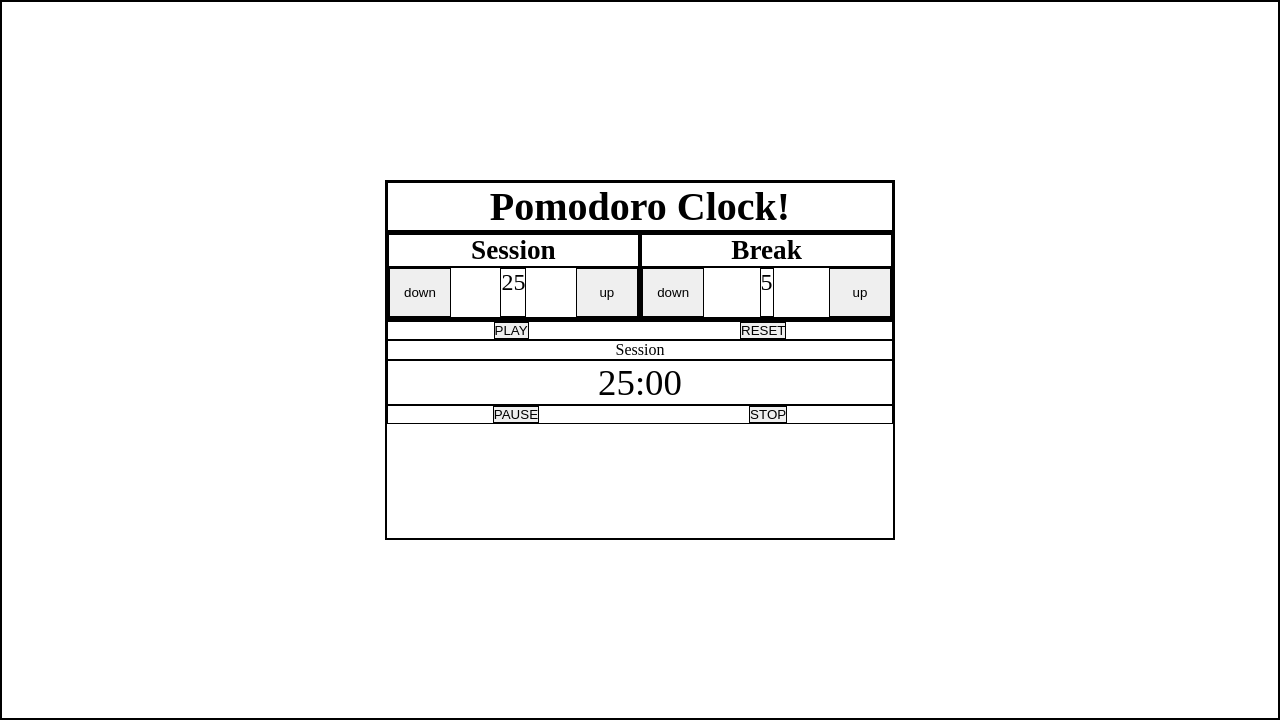
Repository: mcostigliola/pomodoroTimer
Page: index.html
These files come from the project's save history. The page is drawn as it stood at one moment and after the next save; the edit follows.
The browser window is 1280 px wide. The pictures show the whole page.

Above is the page before, as saved 2020-06-07 11:34:06.

### index.html
<!DOCTYPE html>
<html>
<head>
  <meta charset='utf-8'>
  <meta http-equiv='X-UA-Compatible' content='IE=edge'>
  <title>Page Title</title>
  <meta name='viewport' content='width=device-width, initial-scale=1'>
  <link rel='stylesheet' type='text/css' media='screen' href='main.css'>
</head>
<body>
  <div id="main-container">
    <div id="title-watch">
      <p>Pomodoro Clock!</p>
    </div>

    <div id="session-container">
      <div class="timer-configurator">
        <h3 class="cnfg-name">Session</h3>
        <div class="cnfg-controller">
          <button id="session-down" class="arrow-btn arrow-down">
            down
          </button>
          <div id="session-minute" class="config-minute"></div>
          <button id="session-up" class="arrow-btn arrow-up">
            up
          </button>
        </div>
      </div>
      <div class="timer-configurator">
        <h3 class="cnfg-name">Break</h3>
        <div class="cnfg-controller">
          <button id="break-down" class="arrow-btn arrow-down">
            down
          </button>
          <div id="break-minute" class="config-minute"></div>
          <button id="break-up" class="arrow-btn arrow-up">
            up
          </button>
        </div>
      </div>
    </div>

    <div id="timer-container">
       <div class="btn-container">
         <button id="btn-play">PLAY</button>
         <button id="btn-reset">RESET</button>
       </div>

       <p id="status">Session</p>
       <p id="timer">25:00</p>
       <div class="btn-container">
         <button id="btn-pause">PAUSE</button>
         <button id="btn-stop">STOP</button>
       </div>

    </div>
  </div>

  <script src='main.js'></script>
</body>
</html>

### main.css
*{
    border: 1px solid black;
    box-sizing: border-box;
    margin:0;
    padding:0;
}

html{
    height: 100%;
}

body{
    display: flex;
    flex-flow: column;
    height: 100%;
}

button{

}

#main-container{
    display: flex;
    flex-flow: column;
    height: 50vh;
    justify-content: space-between;
    margin: auto;
    width: 40%;
}

#session-container{
    display: flex;
    height: 30%;
}

#timer{
    font-size: 2.3rem;
}

#timer-container{
    height: 75%;
}

#timer-container p{
    display:flex;
    flex-flow: column;
    text-align: center;
}

#title-watch{
    align-items: center;
    display: flex;
    height: 15%;
    text-align: center;
}

#title-watch p{
    flex-grow: 1;
    font-size: 40px;
    font-weight: bold;
}

.arrow-btn{
    width: 25%;
}

.btn-container{
    display: flex;
    justify-content: space-around;
}

.cnfg-controller{
    display: flex;
    flex-grow: 1;
    justify-content: space-between;
}

.cnfg-name{
    font-size: 1.7rem;
}

.config-minute{
    font-size: 1.5rem;
}


.timer-configurator{
    display: flex;
    flex-flow: column;
    width: 50%;
}

.timer-configurator h3{
    text-align: center;
}

### main.js
const MAX_CNFG_VALUE = 99;
const DEFMINUTES = 25;
const DEFBREAK = 5;
let configSessionMinutes = DEFMINUTES;
let configBreakMinutes = DEFBREAK;
let timerMinutes = configSessionMinutes;
let timerSeconds = 0;
let intervalId;
let isPaused = true;
let isOnBreak = false;
let sessionP = document.getElementById('status');
document.getElementById('session-minute').innerText = configSessionMinutes.toString();
document.getElementById('break-minute').innerText = configBreakMinutes.toString();

let arrowBtns = Array.from(document.querySelectorAll('.arrow-btn'));
arrowBtns.forEach(btn => btn.addEventListener('click', pressArrow));

document.getElementById('btn-play').addEventListener('click', pressPlay);
document.getElementById('btn-pause').addEventListener('click', pressPause);
document.getElementById('btn-stop').addEventListener('click', pressStop);
document.getElementById('btn-reset').addEventListener('click', resetButton);

function pressArrow(e){
  const buttonId = e.target.id;
  changeConfigMinutes(buttonId);
  alignConfigWithDisplay(buttonId);
}

function alignConfigWithDisplay(buttonId){
  if(buttonId.includes('break')){
    updateDisplay();
    if(isPaused && isOnBreak){
      timerMinutes = configBreakMinutes;
      updateDisplay();
    }
  }else{
    updateDisplay();
    if(isPaused && !isOnBreak){
      timerMinutes = configSessionMinutes;
      updateDisplay();
    }
  }
}

function changeConfigMinutes(buttonId){
  switch(buttonId){
    case "session-up":
      if(configSessionMinutes < MAX_CNFG_VALUE) configSessionMinutes++;
      break;
    case "session-down":
      if(configSessionMinutes > 0) configSessionMinutes--;
      break;
    case "break-up":
      if(configBreakMinutes < MAX_CNFG_VALUE) configBreakMinutes++;
      break;
    case "break-down":
      if(configBreakMinutes > 0) configBreakMinutes--;
      break;
  }
}

function updateDisplay(){
  updateTimerText();
  udpateConfigText();
}

function updateTimerText(){
  let timer = '';
  timerMinutes < 10 ? timer = `0${timerMinutes}`: timer = timerMinutes;
  timerSeconds < 10 ? timer += `:0${timerSeconds}`: timer += `:${timerSeconds}`;
  document.getElementById('timer').innerText = timer;
}

function udpateConfigText(){
  document.getElementById('break-minute').innerText = configBreakMinutes.toString();
  document.getElementById('session-minute').innerText = configSessionMinutes.toString();
}

function countdown(){
   intervalId = setInterval(() => {
    if(isPaused === true){
      clearInterval(intervalId);
      return;
    }
    if (timerSeconds > 0){
          timerSeconds--;
          updateDisplay();
    }else{
      if (timerMinutes > 0){
        timerMinutes--;
        timerSeconds = 59;
        updateDisplay();
      } else {
        isPaused = true;
        switchStatus();
      }
    }
   }, 1000);
}

function pressPlay(){
  if (isPaused){
    countdown();
    isPaused = false;
  }
}

function pressPause(){
  if(!isPaused) isPaused = true;
}

function pressStop(){
  timerSeconds = 0;
  isPaused = true;
  if(isOnBreak){
    sessionP.innerText = "Break";
    timerMinutes = configBreakMinutes;
  }else{
    sessionP.innerText = "Session";
    timerMinutes = configSessionMinutes;
  }
  updateDisplay();
}

function resetButton(){
  configSessionMinutes = DEFMINUTES;
  configBreakMinutes = DEFBREAK;
  isPaused = true;
  isOnBreak = false;
  timerMinutes = configSessionMinutes;
  timerSeconds = 0;
  sessionP.innerText = "Session";
  updateDisplay();
}

function switchStatus(){
  clearInterval(intervalId);
  isOnBreak = !isOnBreak;
  if(isOnBreak){
    timerMinutes = configBreakMinutes;
    sessionP.innerText = "Break";
  } else {
    timerMinutes = configSessionMinutes;
    sessionP.innerText = "Session";
  }
  isPaused = true;
  updateDisplay();
}

After the next save:
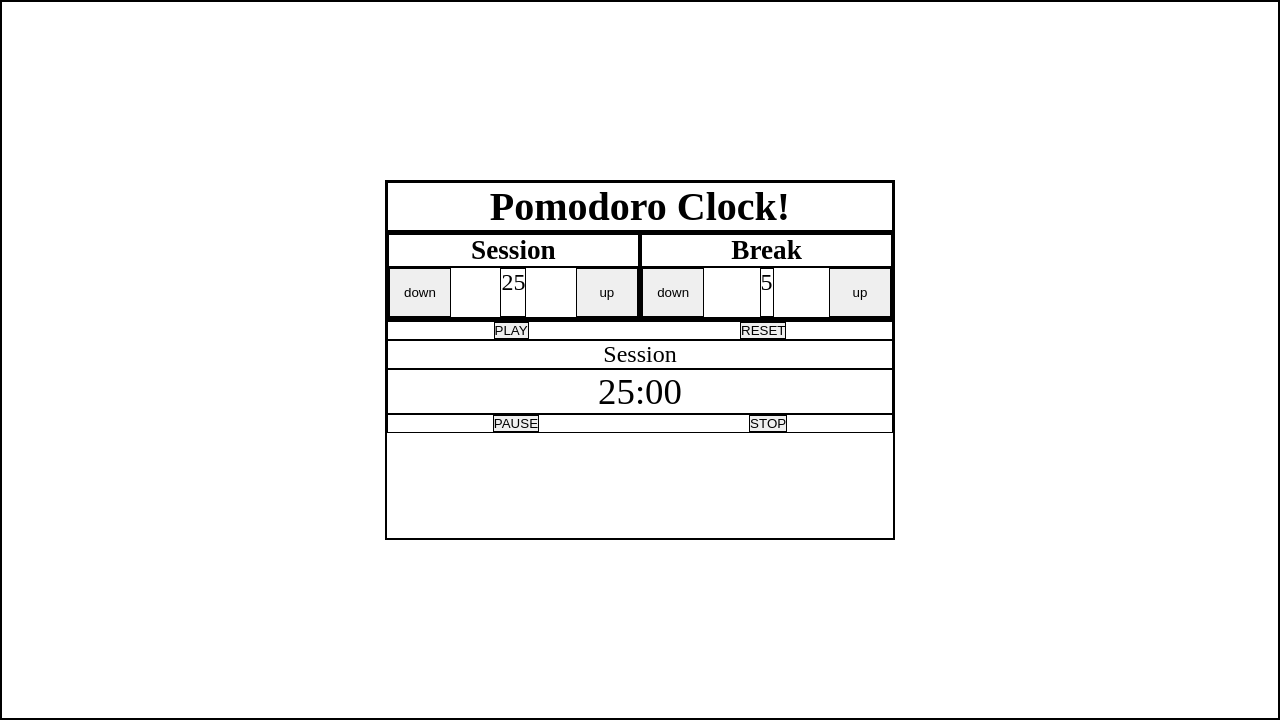
Saved 18 s later.
--- a/main.css
+++ b/main.css
@@ -31,6 +31,10 @@ button{
 #session-container{
     display: flex;
     height: 30%;
+}
+
+#status{
+    font-size: 1.5rem;
 }
 
 #timer{
